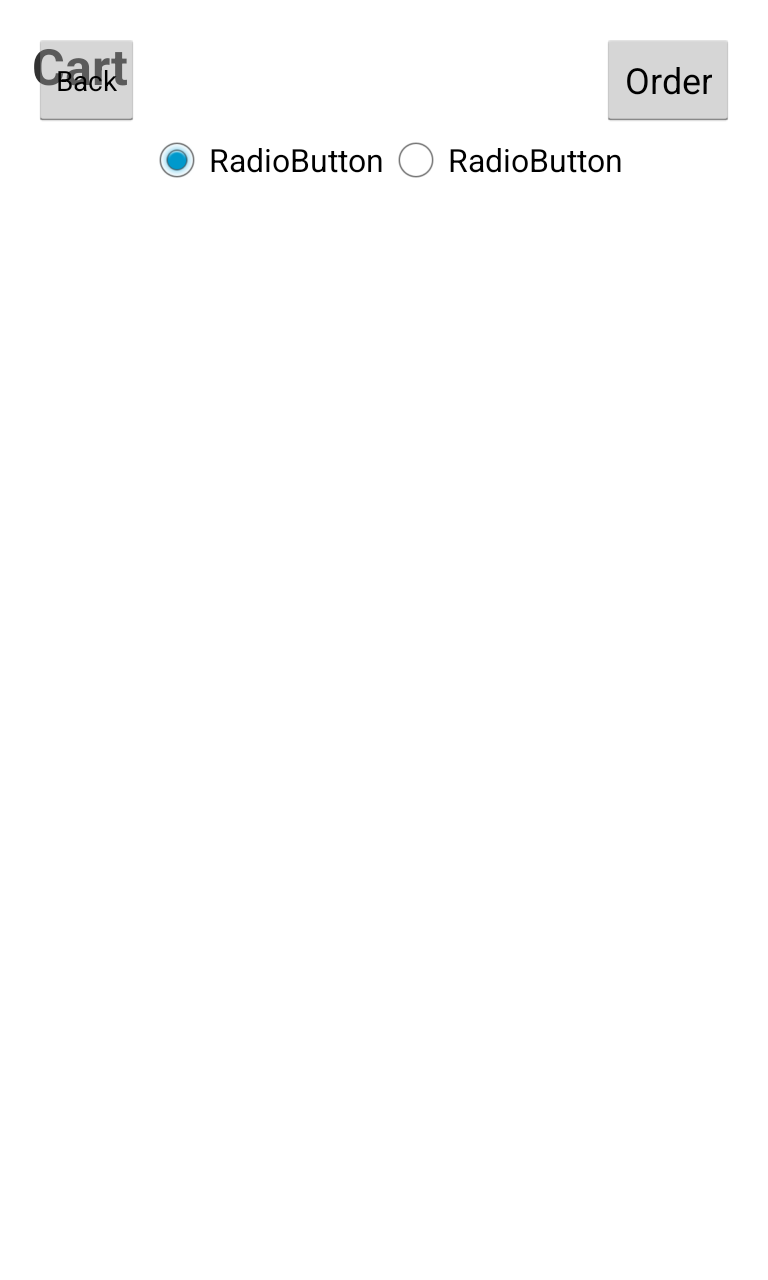
Repository: PotatoBiscuit/Thirstbuster
Layout: MobApp/workspace/DrinkAndGo/res/layout/activity_cart.xml
An editor plug-in stored every save of this project. The layout is shown before and after the next save, followed by the edit.
It is drawn on a 768 x 1280 px phone screen (xhdpi) without system bars, with theme AppTheme; the app's code is not run. The app's manifest (not shown) leaves right-to-left support off. So textAlignment, textDirection and layoutDirection are ignored, and left and right values win over start and end ones.

Above is the layout before, as saved 2016-04-18 00:05:37.

### MobApp/workspace/DrinkAndGo/res/layout/activity_cart.xml
<LinearLayout xmlns:android="http://schemas.android.com/apk/res/android"
    xmlns:tools="http://schemas.android.com/tools"
    android:layout_width="fill_parent"
    android:layout_height="fill_parent"
    android:gravity="center_horizontal"
    android:orientation="vertical"
    android:paddingBottom="@dimen/activity_vertical_margin"
    android:paddingLeft="@dimen/activity_horizontal_margin"
    android:paddingRight="@dimen/activity_horizontal_margin"
    android:paddingTop="@dimen/activity_vertical_margin"
    tools:context="com.CS477.drinkandgo.activities.CartActivity" >

    <RelativeLayout
        android:layout_width="wrap_content"
        android:layout_height="wrap_content" >

        <TextView
            android:id="@+id/cart"
            android:layout_width="wrap_content"
            android:layout_height="wrap_content"
            android:text="@string/cart"
            android:textSize="@dimen/title_size2"
            android:textStyle="bold" />

        <Button
            android:id="@+id/backButton"
            style="?android:attr/buttonStyleSmall"
            android:layout_width="wrap_content"
            android:layout_height="wrap_content"
            android:layout_alignParentStart="true"
            android:onClick="goBack"
            android:text="@string/back" />

        <Button
            android:id="@+id/order"
            android:layout_width="wrap_content"
            android:layout_height="wrap_content"
            android:layout_alignParentEnd="true"
            android:onClick="orderDrinks"
            android:text="@string/order" />

    </RelativeLayout>

    <RadioGroup
        android:id="@+id/service_type"
        android:layout_width="wrap_content"
        android:layout_height="wrap_content"
        android:layout_centerHorizontal="true"
        android:orientation="horizontal" >

        <RadioButton
            android:id="@+id/table_service_view"
            android:layout_width="wrap_content"
            android:layout_height="wrap_content"
            android:checked="true"
            android:text="RadioButton" />

        <RadioButton
            android:id="@+id/self_service_view"
            android:layout_width="wrap_content"
            android:layout_height="wrap_content"
            android:text="RadioButton" />
    </RadioGroup>

    <LinearLayout
        android:id="@+id/cart_items"
        android:layout_width="match_parent"
        android:layout_height="wrap_content"
        android:layout_marginTop="@dimen/title_margin"
        android:gravity="center_horizontal"
        android:orientation="vertical" >

        <TextView
            android:id="@+id/total"
            android:layout_width="wrap_content"
            android:layout_height="wrap_content"
            android:ems="10"
            android:textStyle="bold" />

        <ScrollView
            android:layout_width="fill_parent"
            android:layout_height="wrap_content" >

            <LinearLayout
                android:id="@+id/cartList"
                android:layout_width="match_parent"
                android:layout_height="wrap_content"
                android:layout_gravity="center_horizontal"
                android:gravity="center_horizontal"
                android:orientation="vertical" >
            </LinearLayout>
        </ScrollView>
    </LinearLayout>

</LinearLayout>

### MobApp/workspace/DrinkAndGo/res/values/dimens.xml
<resources>

    <!-- Default screen margins, per the Android Design guidelines. -->
    <dimen name="activity_horizontal_margin">16dp</dimen>
    <dimen name="activity_vertical_margin">16dp</dimen>
    <dimen name="title_size">72px</dimen>
    <dimen name="button_margin">10dp</dimen>
    <dimen name="title_margin">50dp</dimen>
    <dimen name="title_size2">25dp</dimen>

</resources>

### MobApp/workspace/DrinkAndGo/res/values/strings.xml
<?xml version="1.0" encoding="utf-8"?>
<resources>

    <string name="app_name">DrinkAndGo</string>
    <string name="sign_in">Sign In</string>
    <string name="sign_up">Sign Up</string>
    <string name="title_activity_sign_in">SignInActivity</string>
    <string name="hello_world">Hello world!</string>
    <string name="action_settings">Settings</string>
    <string name="title_activity_sign_up">SignUpActivity</string>
    <string name="username">Username</string>
    <string name="password">Password</string>
    <string name="submit">Submit</string>
    <string name="title_activity_venue_search">VenueSearchActivity</string>
    <string name="name">Name</string>
    <string name="confirm_password">Re-enter Password</string>
    <string name="card_number">Credit Card Number</string>
    <string name="password_error">Passwords do not match!</string>
    <string name="input_error">All fields must be filled!</string>
    <string name="username_error">Username or password is incorrect!</string>
    <string name="username_not_unique">Username is already taken!</string>
    <string name="search_venue">Search Venue</string>
    <string name="search">Search</string>
    <string name="select">Select</string>
    <string name="title_activity_menu">MenuActivity</string>
    <string name="back">Back</string>
    <string name="cart">Cart</string>
    <string name="title_activity_cart">CartActivity</string>
    <string name="order">Order</string>
    <string name="self">Self-Service</string>
	<string name="table">Table-Service</string>

</resources>

Loaded but not shown: MobApp/workspace/DrinkAndGo/res/values/styles.xml (common file); MobApp/workspace/DrinkAndGo/res/values-v11/styles.xml (common file); MobApp/workspace/DrinkAndGo/res/values-v14/styles.xml (common file); MobApp/workspace/DrinkAndGo/res/values-w820dp/dimens.xml (common file)

After the next save:
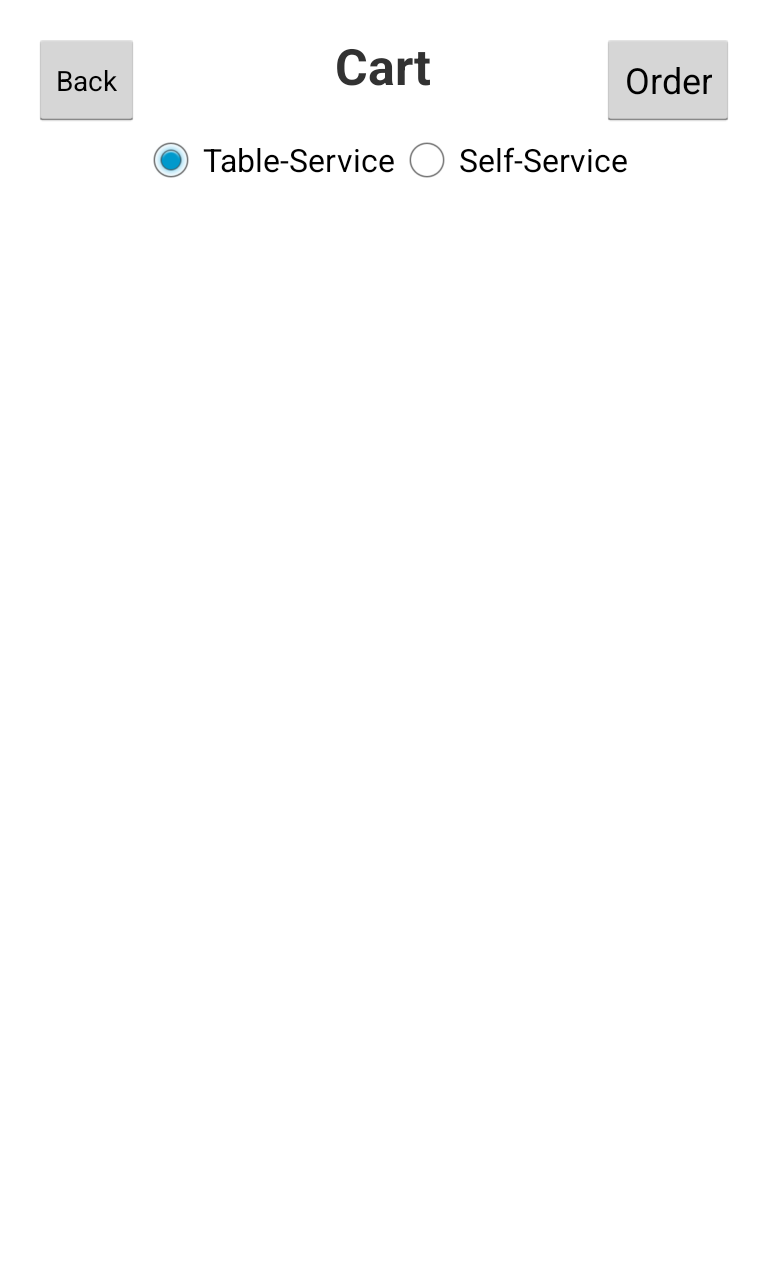
Saved 27 s later.
--- a/MobApp/workspace/DrinkAndGo/res/layout/activity_cart.xml
+++ b/MobApp/workspace/DrinkAndGo/res/layout/activity_cart.xml
@@ -18,6 +18,7 @@
             android:id="@+id/cart"
             android:layout_width="wrap_content"
             android:layout_height="wrap_content"
+            android:layout_centerHorizontal="true"
             android:text="@string/cart"
             android:textSize="@dimen/title_size2"
             android:textStyle="bold" />
@@ -53,13 +54,13 @@
             android:layout_width="wrap_content"
             android:layout_height="wrap_content"
             android:checked="true"
-            android:text="RadioButton" />
+            android:text="@string/table" />
 
         <RadioButton
             android:id="@+id/self_service_view"
             android:layout_width="wrap_content"
             android:layout_height="wrap_content"
-            android:text="RadioButton" />
+            android:text="@string/self" />
     </RadioGroup>
 
     <LinearLayout
